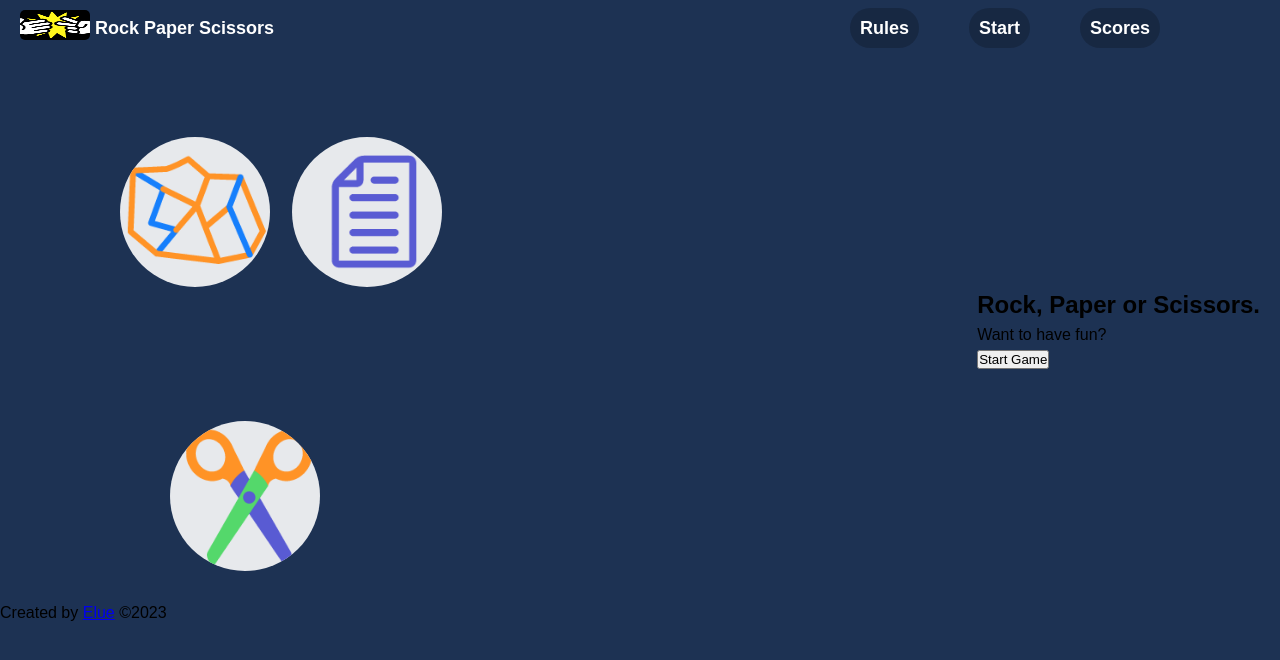
Repository: MikkyPrestige/rock-paper-scissors
Page: index.html
These files come from the project's save history. The page is drawn as it stood at one moment and after the next save; the edit follows.
The browser window is 1280 px wide. The pictures show the whole page.

Above is the page before, as saved 2023-05-08 04:47:01.

After the next save:
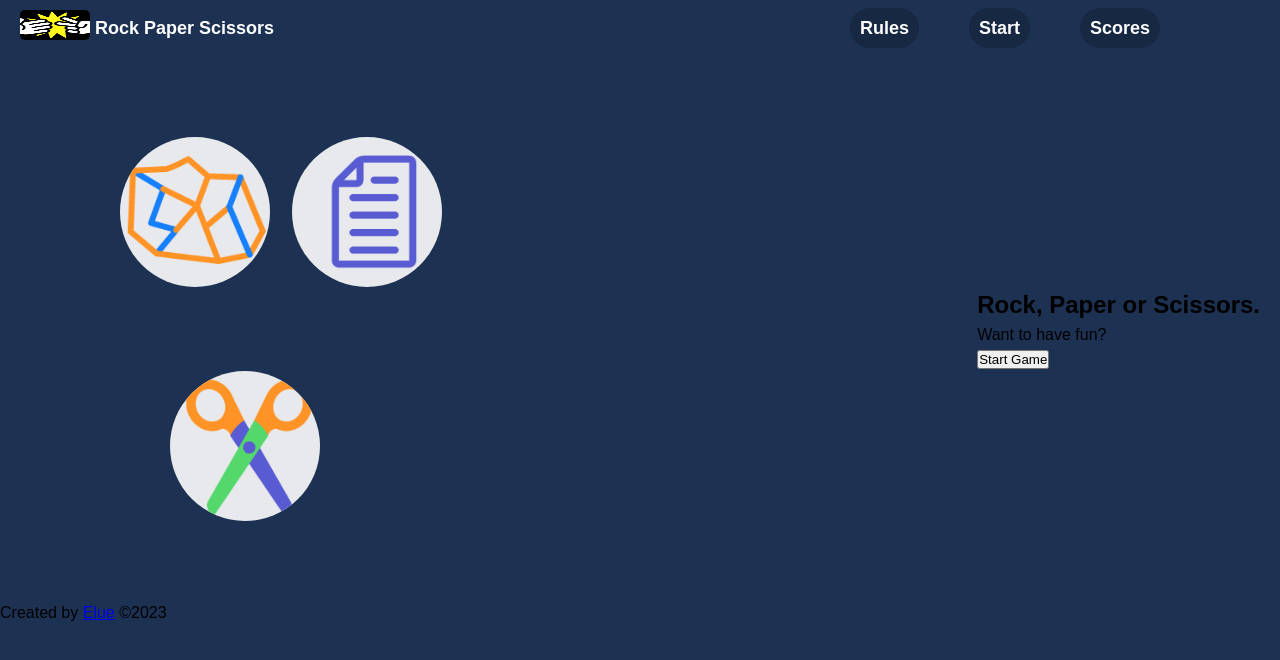
Saved 9 s later.
--- a/index.css
+++ b/index.css
@@ -129,6 +129,6 @@ li a:hover {
 
 .scissors {
   position: absolute;
-  bottom: 0;
+  bottom: 5rem;
   left: 15rem;
 }
